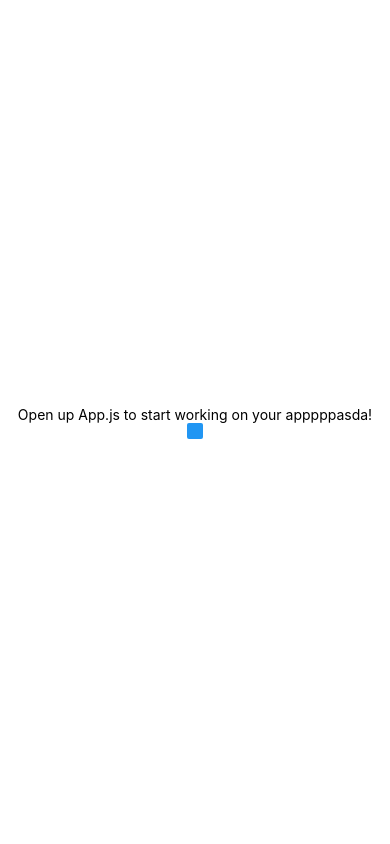
Repository: ntu34543/ReactNativeAndroid
Screen: /
An editor plug-in stored every save of this project. The screen is shown before and after the next save, followed by the edit.
The app was drawn by React Native's web renderer in a window 390 px wide. The project was rebuilt for these pictures with package versions that can differ from the ones it lists, and the page was loaded fresh each time.

Above is the screen before, as saved 2022-09-23 16:12:47.

After the next save:
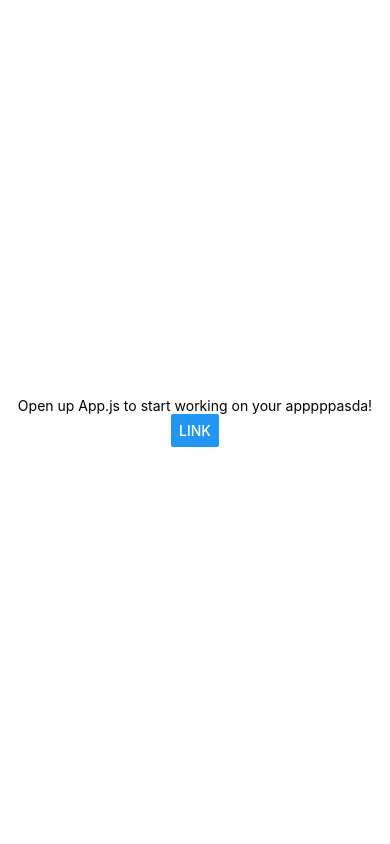
Saved 4 s later.
--- a/App.js
+++ b/App.js
@@ -5,7 +5,7 @@ export default function App() {
   return (
     <View style={styles.container}>
       <Text>Open up App.js to start working on your apppppasda!</Text>
-      <Button title='' />
+      <Button title='Link' />
       <StatusBar style="auto" />
     </View>
   );
